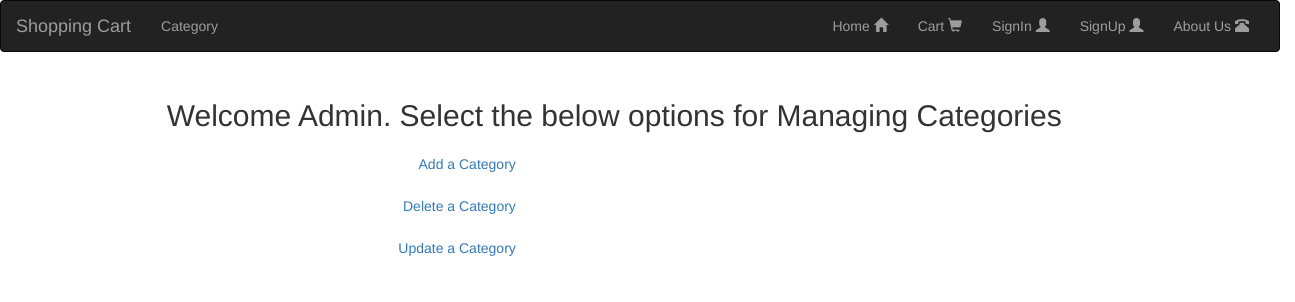
Repository: KaustubhKamat/ShoppingCartProject
Page: http://localhost/NewShoppingCart/WEB-INF/views/Category.jsp
An editor plug-in stored every save of this project. The page is shown before and after the next save, followed by the edit.
The browser window is 1280 px wide. The page is 1295 px wide, so the pictures cover 1295 px, including what lies to the right of the window. The pictures show the whole page.
Some web libraries are served in a nearby version. The page is served by Tomcat 9. Nobody is signed in. Other server files are loaded and not shown. The template is opened directly, without the code that normally fills it, so the values that code supplies are empty.

Above is the page before, as saved 2017-01-12 06:28:15.

### NewShoppingCart/src/main/webapp/WEB-INF/views/Category.jsp
<%@ page language="java" contentType="text/html; charset=ISO-8859-1"
    pageEncoding="ISO-8859-1"%>
<!DOCTYPE html PUBLIC "-//W3C//DTD HTML 4.01 Transitional//EN" "http://www.w3.org/TR/html4/loose.dtd">
<%@ taglib uri="http://java.sun.com/jsp/jstl/core" prefix="c"%>
<%@ taglib uri="http://www.springframework.org/tags" prefix="spring"%>
<%@ taglib uri="http://www.springframework.org/tags/form" prefix="form"%>
<%@ taglib prefix="form" uri="http://www.springframework.org/tags/form"%>
<html>
<head>
<link rel="stylesheet"
	href="https://maxcdn.bootstrapcdn.com/bootstrap/3.3.7/css/bootstrap.min.css">
<script
	src="https://ajax.googleapis.com/ajax/libs/jquery/3.1.1/jquery.min.js"></script>
<script
	src="https://maxcdn.bootstrapcdn.com/bootstrap/3.3.7/js/bootstrap.min.js"></script>
<meta http-equiv="Content-Type" content="text/html; charset=ISO-8859-1">
<title>Insert title here</title>
</head>
<body>
<jsp:include page="NavBar.jsp"></jsp:include>

	<form class="form-horizontal">
		<div class="form-group">
		<h2 class="col-sm-10 control-label">Welcome Admin. Select the below options for Managing Categories</h2>
		</div>
		<div class="form-group">
			<a href="AddaCategory" class="col-sm-5 control-label">Add a Category</a>
			</div>
		<div class="form-group">
			<a href="DeleteaCategory" class="col-sm-5 control-label">Delete a Category</a>
			</div>
		<div class="form-group">
			<a href="UpdateaCategory" class="col-sm-5 control-label">Update a Category</a>
			</div>

	</form>
</body>
</html>

### NewShoppingCart/src/main/webapp/WEB-INF/views/NavBar.jsp
<%@ page language="java" contentType="text/html; charset=ISO-8859-1"
	pageEncoding="ISO-8859-1"%>
<%@ taglib uri="http://java.sun.com/jsp/jstl/core" prefix="c"%>
<!DOCTYPE html PUBLIC "-//W3C//DTD HTML 4.01 Transitional//EN" "http://www.w3.org/TR/html4/loose.dtd">
<html>
<head>
<meta http-equiv="Content-Type" content="text/html; charset=ISO-8859-1">
<title>Insert title here</title>
</head>
<style>
.navbar-default {
	background-color: #F75D59;
	font-size: medium;
}

.dropdown-menu>li>a:hover {
	background-color: silver;;
	background-image: none;
}
.LoggedInUser{
color: white;

}
</style>
<body>

	<nav class="navbar navbar-inverse">
	<div class="container-fluid">
		<div class="navbar-header">
			<button type="button" class="navbar-toggle collapsed"
				data-toggle="collapse" data-target="#bs-example-navbar-collapse-1"
				aria-expanded="false">
				<span class="sr-only">Toggle navigation</span> <span
					class="icon-bar"></span> <span class="icon-bar"></span> <span
					class="icon-bar"></span>
			</button>
			<a class="navbar-brand" href="Home">Shopping Cart</a>
			<ul class="nav navbar-nav navbar-right">
				<li><a href="CategoryList">Category</a>
				<%-- <li class="active"><a href=>Link <span class="sr-only">(current)</span></a></li>
				<c:forEach items="${categoryList}" var="category">
				<li class="dropdown"><a href="#" class="dropdown-toggle"
					data-toggle="dropdown" >${category.name} <span
						class="caret"></span></a>
					<ul class="dropdown-menu" role="menu">
					<c:forEach items="${category.products}" var="product">
						<li><a href="/AddProduct/getList?pid=${product.id}">${product.name}</a></li>

						</c:forEach>
					</ul> </li>
					</c:forEach>  --%>
		</li>
		</ul>
		</div>

		<!-- Collect the nav links, forms, and other content for toggling -->
		<div class="collapse navbar-collapse"
			id="bs-example-navbar-collapse-1">
			<ul class="nav navbar-nav">

			</ul>
			<form class="navbar-form navbar-left">


			</form>
			<ul class="nav navbar-nav navbar-right">
				<li><a href="Home">Home <span
						class="glyphicon glyphicon-home"></span></a>
				<li><a href="Cart">Cart <span
						class="glyphicon glyphicon-shopping-cart"></span></a></li>

				<c:if test="${not empty LoggedInUser}">
					<li>Welcome ${LoggedInUser}</li>
				</c:if>
				<c:if test="${empty LoggedInUser}">
					<li><a href="login">SignIn <span
							class="glyphicon glyphicon-user"></span></a></li>
				</c:if>


				<%-- <c:choose>
						<c:when test="${empty LoggedInUser}">
							<li><a href="login">SignIn <span class="glyphicon glyphicon-user"></span></a></li>
						</c:when>
						<c:otherwise>
							<li>${LoggedInUser}</li>
						</c:otherwise>
						</c:choose>  --%>

				<c:if test="${empty LoggedInUser}">
					<li><a href="Register">SignUp <span
							class="glyphicon glyphicon-user"></span></a></li>
				</c:if>
				<c:if test="${not empty LoggedInUser}">
					<li><a href="Logout">Logout</a></li>
				</c:if>

				<%-- <c:choose>
						<c:when test="${empty LoggedInUser} }">
						<li><a href="Register">SignUp </a></li>
						</c:when>
						<c:otherwise>
						<li><a href="Logout">LogOut </a></li>
						</c:otherwise>
						</c:choose>   --%>


				<li><a href="AboutUs">About Us <span
						class="glyphicon glyphicon-phone-alt"></span></a></li>

			</ul>

		</div>
		<!-- /.navbar-collapse -->
	</div>
	<!-- /.container-fluid --> </nav>


</body>
</html>

After the next save:
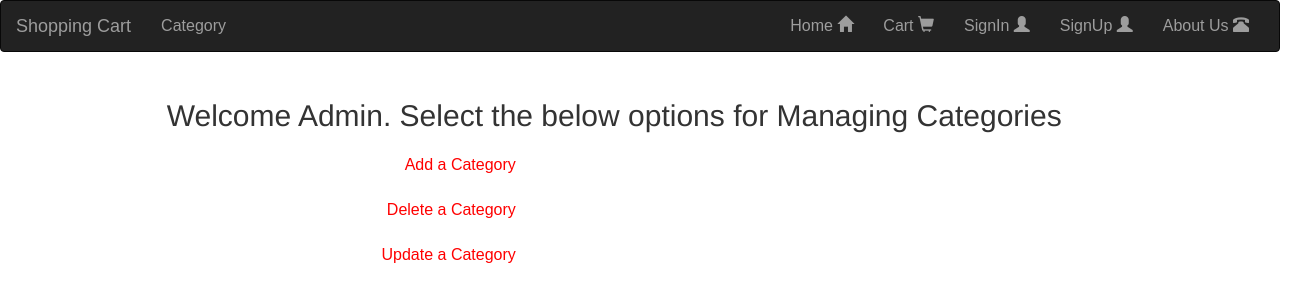
Saved 5 min 40 s later.
--- a/NewShoppingCart/src/main/webapp/WEB-INF/views/Category.jsp
+++ b/NewShoppingCart/src/main/webapp/WEB-INF/views/Category.jsp
@@ -15,6 +15,13 @@
 	src="https://maxcdn.bootstrapcdn.com/bootstrap/3.3.7/js/bootstrap.min.js"></script>
 <meta http-equiv="Content-Type" content="text/html; charset=ISO-8859-1">
 <title>Insert title here</title>
+<style>
+a{
+font-family: sans-serif;
+font-size: medium;
+color: red;
+}
+</style>
 </head>
 <body>
 <jsp:include page="NavBar.jsp"></jsp:include>
